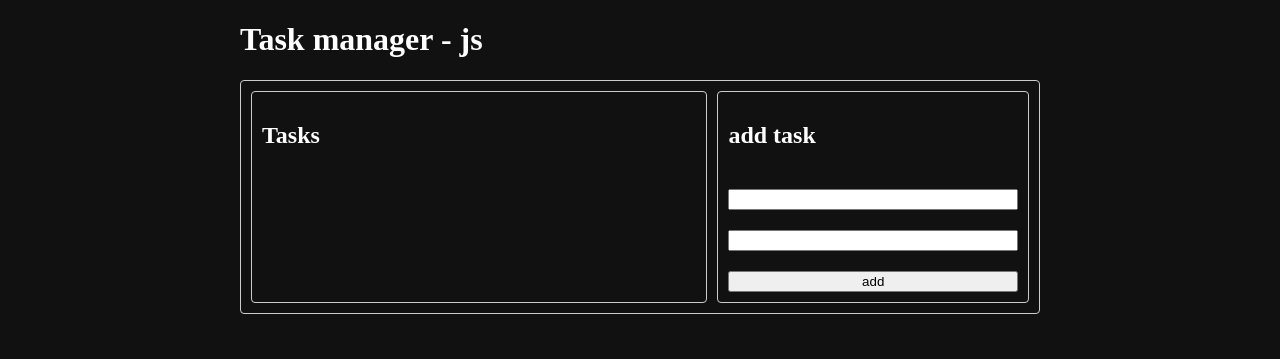
Repository: iKrekus/taskmgr-js
Page: index.html
An editor plug-in stored every save of this project. The page is shown before and after the next save, followed by the edit.
The browser window is 1280 px wide. The pictures show the whole page.

Above is the page before, as saved 2024-03-15 15:07:19.

After the next save:
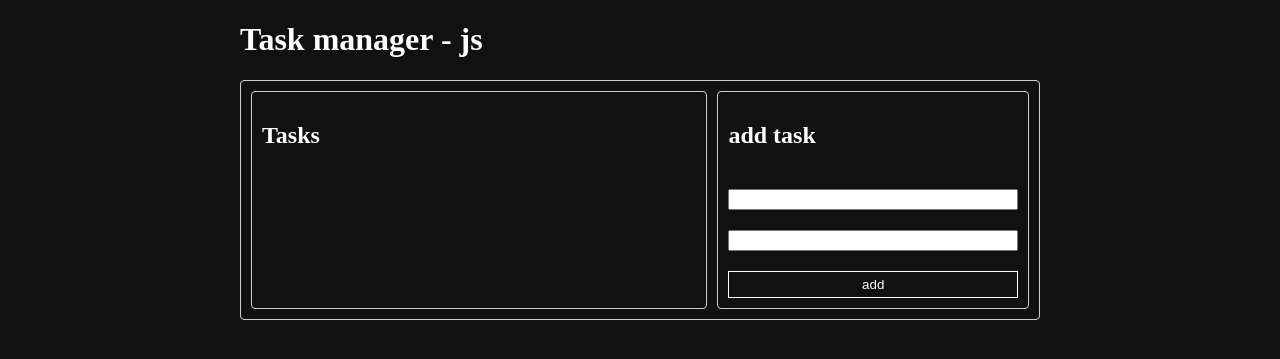
Saved 4 min 59 s later.
--- a/style.css
+++ b/style.css
@@ -60,3 +60,14 @@ body {
   border-radius: 4px;
   padding: 10px;
 }
+
+.btn {
+  background: none;
+  border: 1px solid #ffffff;
+  padding: 5px 10px;
+  color: #ffffff;
+}
+
+.btn__remove {
+
+}
